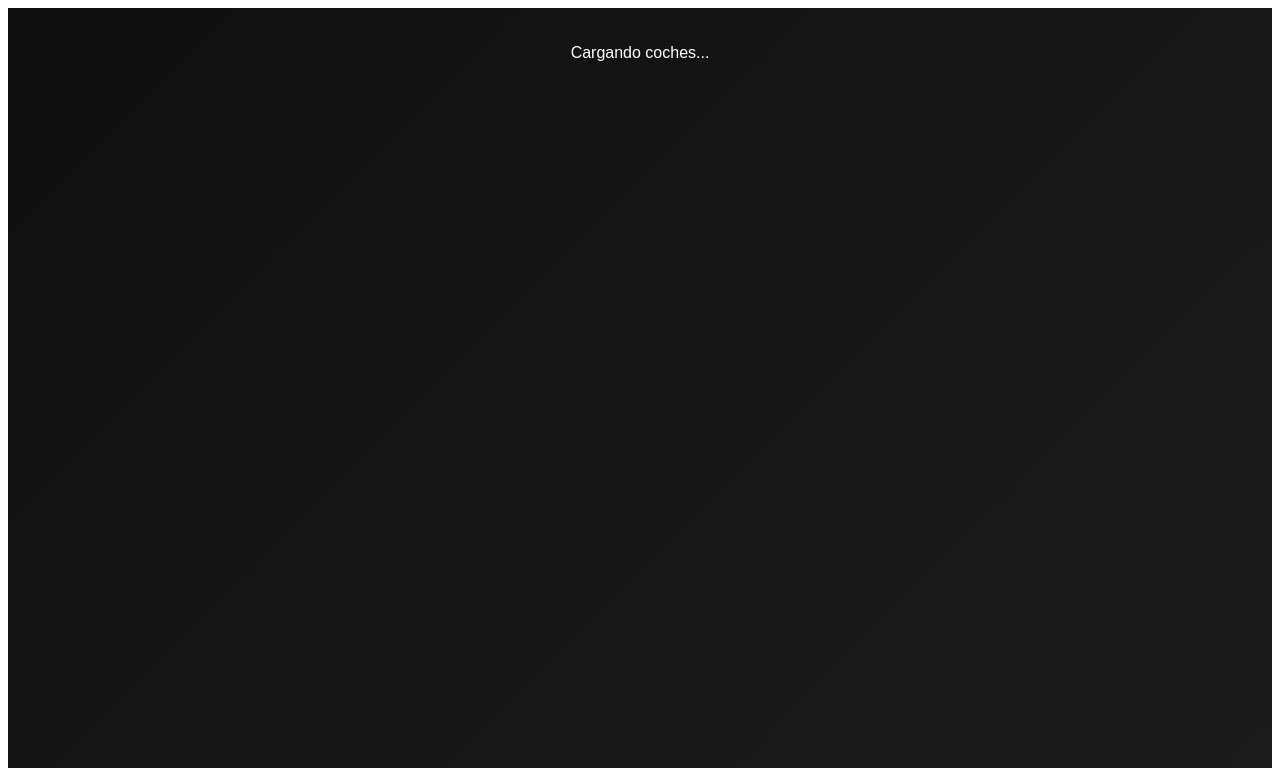
Repository: demoniers/clase
Page: /concesionario (app in misproyectos/concesionario/)
The author's editor kept a copy of each file at every save. The page is drawn from the files as they stood at one save, then again after the next save.
The browser window is 1280 px wide. The pictures show the whole page.
The page's requests for data from a server got no answer. The project was rebuilt for these pictures with package versions that can differ from the ones it lists, and the page was loaded fresh each time. No one was signed in, and anything a server would have sent is missing. Imported but missing from the stored project, and not drawn on this page: misproyectos/concesionario/src/routes/Home.

Above is the page before, as saved 2025-03-19 10:41:37.

### misproyectos/concesionario/src/index.js
import React from 'react';
import { createRoot } from 'react-dom/client';
import { BrowserRouter } from 'react-router-dom';
import App from './App';

const rootElement = document.getElementById('root');
const root = createRoot(rootElement);

root.render(
  <React.StrictMode>
    <BrowserRouter>
      <App />
    </BrowserRouter>
  </React.StrictMode>
);


/*import React from 'react';
import { createRoot } from 'react-dom/client';
import App from './App';
import ReactDOM from 'react-dom/client';
import './index.css';
import { BrowserRouter } from 'react-router-dom';

const rootElement = document.getElementById('root');
const root = createRoot(rootElement);

root.render(
  <React.StrictMode>
    <App />
  </React.StrictMode>
);
*/

// If you want to start measuring performance in your app, pass a function
// to log results (for example: reportWebVitals(console.log))
// or send to an analytics endpoint. Learn more: https://bit.ly/CRA-vitals
//reportWebVitals();

### misproyectos/concesionario/src/App.js
import React from 'react';
import { Route, Routes } from 'react-router-dom';
import Home from './routes/Home';
import Concesionario from './routes/concesionario/Concesionario';

function App() {
  return (
    <Routes>
      <Route path="/" element={<Home />} />
      <Route path="/concesionario" element={<Concesionario />} />
      <Route path="/login" element={<login />} />
    </Routes>
  );
}

export default App;

### misproyectos/concesionario/src/routes/concesionario/Concesionario.js
import React, { useState, useEffect } from 'react';
import './Concesionario.css'; // Archivo CSS actualizado

function Concesionario() {
  const [coches, setCoches] = useState([]);
  const [cocheSeleccionado, setCocheSeleccionado] = useState(null);

  useEffect(() => {
    async function fetchData() {
      try {
        const response = await fetch('http://10.0.0.124:5000/api/coches');
        const data = await response.json();
        setCoches(data);
        setCocheSeleccionado(data[0]);
      } catch (error) {
        console.error('Error al obtener los datos:', error);
      }
    }

    fetchData();
  }, []);

  const seleccionarCoche = (coche) => {
    setCocheSeleccionado(coche);
  };

  return (
    <div className="concesionario">
      {cocheSeleccionado ? (
        <div className="contenido">
          {/* Imagen grande del coche */}
          <div className="imagen-grande">
            <img src={`/img/${cocheSeleccionado.img_coche}`} alt={cocheSeleccionado.nombre_coche} />
          </div>

          {/* Estadísticas del coche */}
          <div className="caracteristicas">
            <h3>Características de {cocheSeleccionado.nombre_coche}</h3>
            <div className="barra">
              <label>Velocidad:</label>
              <div className="barra-externa">
                <div
                  className="barra-interna"
                  style={{ width: `${cocheSeleccionado.velocidad || 0}%` }}
                ></div>
              </div>
            </div>
            <div className="barra">
              <label>Aceleración:</label>
              <div className="barra-externa">
                <div
                  className="barra-interna"
                  style={{ width: `${cocheSeleccionado.aceleracion || 0}%` }}
                ></div>
              </div>
            </div>
            <div className="barra">
              <label>Frenado:</label>
              <div className="barra-externa">
                <div
                  className="barra-interna"
                  style={{ width: `${cocheSeleccionado.frenado || 0}%` }}
                ></div>
              </div>
            </div>
          </div>
        </div>
      ) : (
        <p>Cargando coches...</p>
      )}

      {/* Barra de navegación */}
      <div className="barra-navegacion">
        {coches.map((coche) => (
          <div
            key={coche.id}
            className={`tarjeta ${coche.id === cocheSeleccionado.id ? 'seleccionado' : ''}`}
            onClick={() => seleccionarCoche(coche)}
          >
            <img src={`/img/${coche.img_coche}`} alt={coche.nombre_coche} />
            <p>{coche.nombre_coche}</p>
          </div>
        ))}
      </div>
    </div>
  );
}

export default Concesionario;

### misproyectos/concesionario/src/routes/concesionario/Concesionario.css
/* Concesionario.css */

/* Estilo general */
.concesionario {
  font-family: 'Arial', sans-serif;
  color: white;
  background: linear-gradient(135deg, #0f0f0f, #1c1c1c);
  display: flex;
  flex-direction: column;
  align-items: center;
  padding: 20px;
  min-height: 100vh;
}

/* Contenedor principal del contenido */
.contenido {
  display: flex;
  flex-wrap: wrap; /* Responsivo */
  align-items: flex-start;
  gap: 20px;
  width: 100%;
  max-width: 1200px;
  margin-bottom: 30px;
  justify-content: space-between; /* Espacio entre imagen y características */
}

/* Imagen del coche */
.imagen-grande {
  flex: 2; /* Ocupa más espacio relativo */
  max-width: 800px;
  text-align: center;
}

.imagen-grande img {
  width: 100%;
  border-radius: 10px;
  box-shadow: 0 8px 20px rgba(0, 0, 0, 0.8);
  transition: transform 0.5s ease, box-shadow 0.5s ease;
}

.imagen-grande img:hover {
  transform: scale(1.05);
  box-shadow: 0 12px 30px rgba(0, 0, 0, 1);
}

.imagen-grande h2 {
  font-size: 1.5rem;
  color: #e2b007;
}

/* Estadísticas del coche */
.caracteristicas {
  background: #1f1f1f;
  padding: 20px;
  border-radius: 10px;
  box-shadow: 0 4px 10px rgba(0, 0, 0, 0.7);
  color: white;
  flex: 1; /* Espacio proporcional */
  max-width: 300px; /* Ancho máximo */
}

.caracteristicas h3 {
  margin-bottom: 20px;
  text-transform: uppercase;
  color: #e2b007;
  font-size: 1.5rem;
}

.barra {
  margin-bottom: 15px;
}

.barra label {
  display: block;
  font-size: 1rem;
  margin-bottom: 5px;
}

.barra-externa {
  background: #333;
  border-radius: 10px;
  height: 20px;
  position: relative;
  overflow: hidden;
}

.barra-interna {
  background: #e2b007;
  height: 100%;
  transition: width 0.5s ease;
}

/* Barra de navegación */
.barra-navegacion {
  display: flex;
  overflow-x: auto;
  gap: 20px;
  padding: 10px;
  width: 100%;
  justify-content: center;
}

.barra-navegacion::-webkit-scrollbar {
  height: 10px;
}

.barra-navegacion::-webkit-scrollbar-thumb {
  background-color: #e2b007;
  border-radius: 10px;
}

.tarjeta {
  flex: 0 0 auto;
  background: #1f1f1f;
  border-radius: 10px;
  overflow: hidden;
  text-align: center;
  width: 150px;
  cursor: pointer;
  transition: transform 0.3s ease, background 0.3s ease;
  border: 2px solid transparent;
}

.tarjeta img {
  width: 100%;
  border-bottom: 1px solid #333;
  transition: transform 0.3s ease;
}

.tarjeta:hover img {
  transform: scale(1.05);
}

.tarjeta p {
  color: white;
  font-weight: bold;
  margin: 10px 0;
  font-size: 1rem;
}

.tarjeta:hover {
  transform: scale(1.1);
  background: #2c2c2c;
  border: 2px solid #e2b007;
}

.tarjeta.seleccionado {
  background: #e2b007;
  color: black;
  transform: scale(1.15);
  border: 2px solid #fff;
}

Loaded but not shown: misproyectos/concesionario/public/index.html (common file)

After the next save:
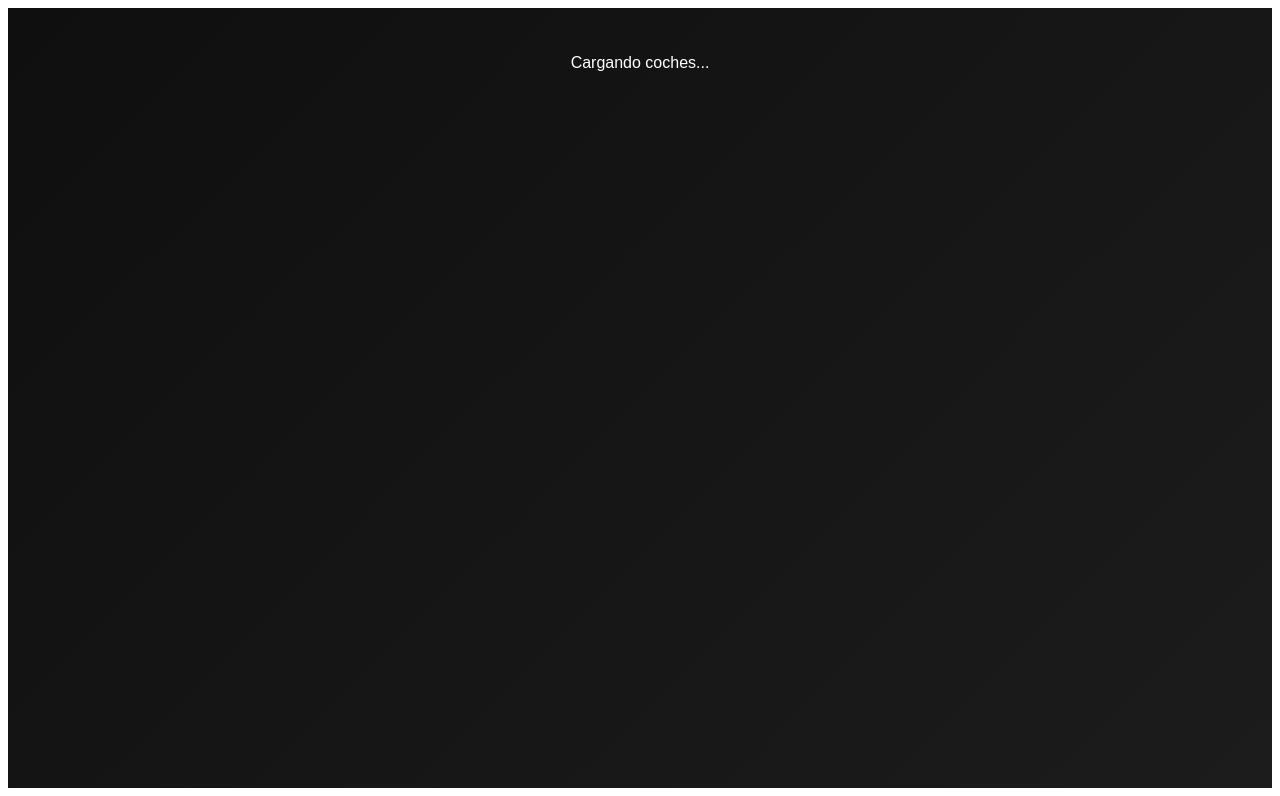
Saved 28 s later.
--- a/misproyectos/concesionario/src/routes/concesionario/Concesionario.css
+++ b/misproyectos/concesionario/src/routes/concesionario/Concesionario.css
@@ -8,7 +8,7 @@
   display: flex;
   flex-direction: column;
   align-items: center;
-  padding: 20px;
+  padding: 30px;
   min-height: 100vh;
 }
 
@@ -19,7 +19,7 @@
   align-items: flex-start;
   gap: 20px;
   width: 100%;
-  max-width: 1200px;
+  max-width: 1300px;
   margin-bottom: 30px;
   justify-content: space-between; /* Espacio entre imagen y características */
 }
